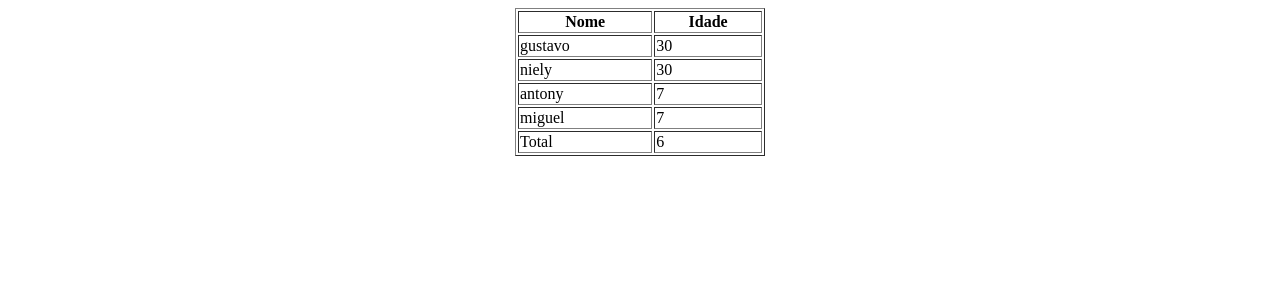
Repository: gustavotwist/html-css
Page: tabl.html
An editor plug-in stored every save of this project. The page is shown before and after the next save, followed by the edit.
The browser window is 1280 px wide. The pictures show the whole page.

Above is the page before, as saved 2024-04-27 19:59:27.

After the next save:
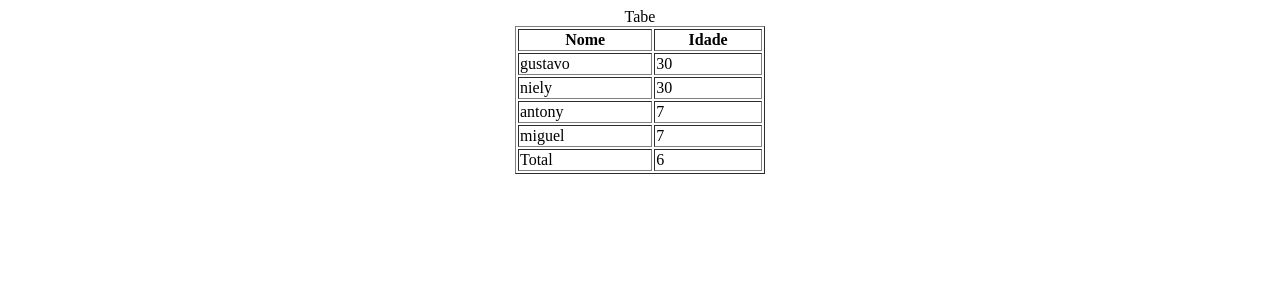
Saved 4 s later.
--- a/tabl.html
+++ b/tabl.html
@@ -7,7 +7,7 @@
 </head>
 <body>
     <table border="1" width="250"  align="center">
-        <caption></caption>
+        <caption>Tabe</caption>
         <thead>
             <tr>
                 <th>Nome</th>
